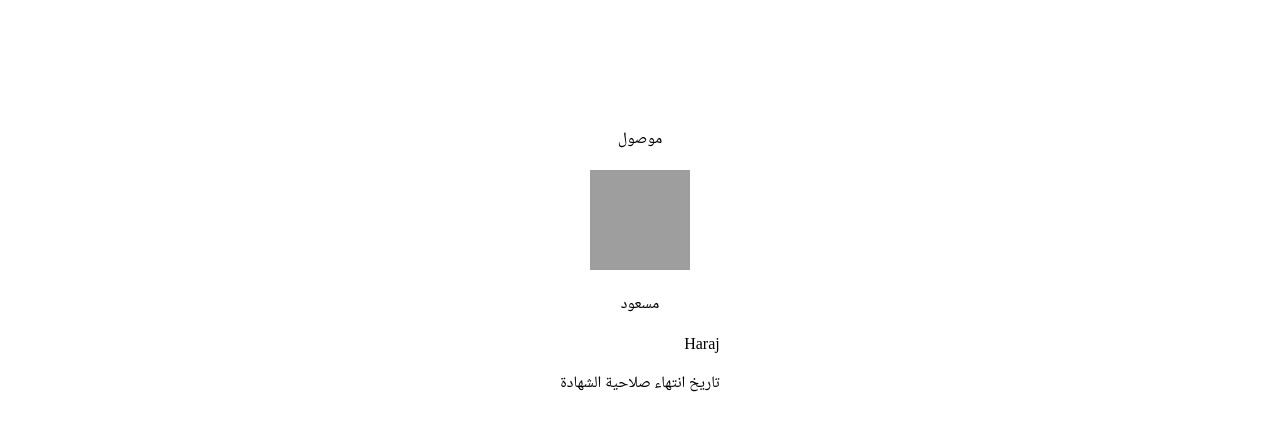
Repository: khanshakiil/ArabicHTMLToPDF
Page: HospitalFrontDesk/src/main/resources/html.html
The author's editor kept a copy of each file at every save. The page is drawn from the files as they stood at one save, then again after the next save.
The browser window is 1280 px wide. The pictures show the whole page.
Pictures or frames that could not be fetched are drawn as grey boxes.

Above is the page before, as saved 2020-03-05 20:12:56.

### HospitalFrontDesk/src/main/resources/html.html
<!DOCTYPE html>
<html>

<head>
<style>
table {
margin: 60px;
padding: 50px;

border-spacing:15px;

}
tr{
align: left;
}

#qrCode{
width: 100px;
height: 100px;
}
</style>

</head>

<body>
<center>
<table style="align-items: center" >
<tr align="center"><td dir="rtl" style="font-family: Noto Naskh Arabic">موصول</td></tr>
<tr align="center"><td dir="rtl"><img src="E:\\qrcode.png" id="qrCode"></img></td> </tr>
<tr align="center"><td dir="rtl" style="font-family: Noto Naskh Arabic">مسعود </td></tr>
<tr align="right"><td>Haraj</td></tr>
<tr align="center"><td dir="rtl" style="font-family: Noto Naskh Arabic">تاريخ انتهاء صلاحية الشهادة </td></tr>

</table></center>
</body>

</html>

After the next save:
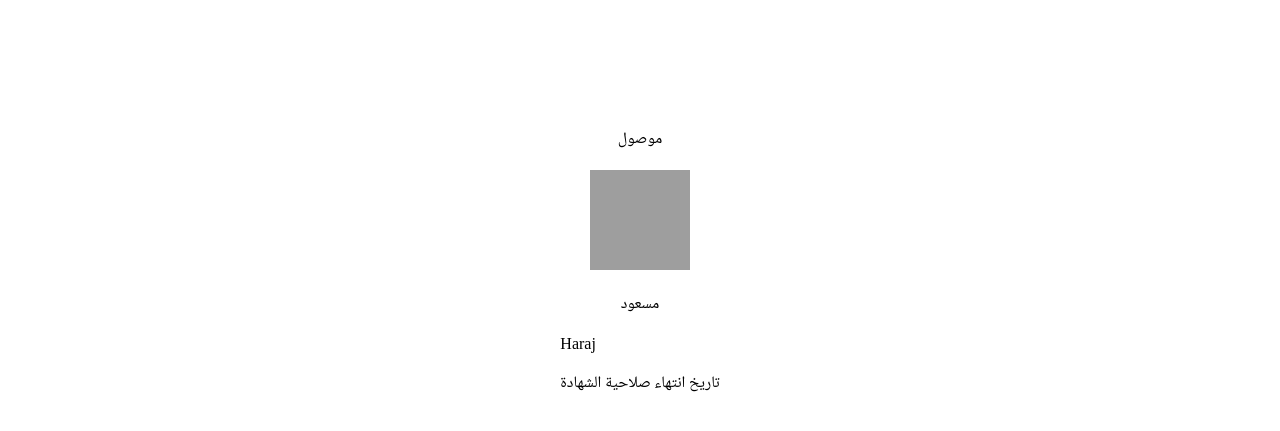
Saved 18 s later.
--- a/HospitalFrontDesk/src/main/resources/html.html
+++ b/HospitalFrontDesk/src/main/resources/html.html
@@ -28,7 +28,7 @@ height: 100px;
 <tr align="center"><td dir="rtl" style="font-family: Noto Naskh Arabic">موصول</td></tr>
 <tr align="center"><td dir="rtl"><img src="E:\\qrcode.png" id="qrCode"></img></td> </tr>
 <tr align="center"><td dir="rtl" style="font-family: Noto Naskh Arabic">مسعود </td></tr>
-<tr align="right"><td>Haraj</td></tr>
+<tr align="left"><td>Haraj</td></tr>
 <tr align="center"><td dir="rtl" style="font-family: Noto Naskh Arabic">تاريخ انتهاء صلاحية الشهادة </td></tr>
 
 </table></center>
